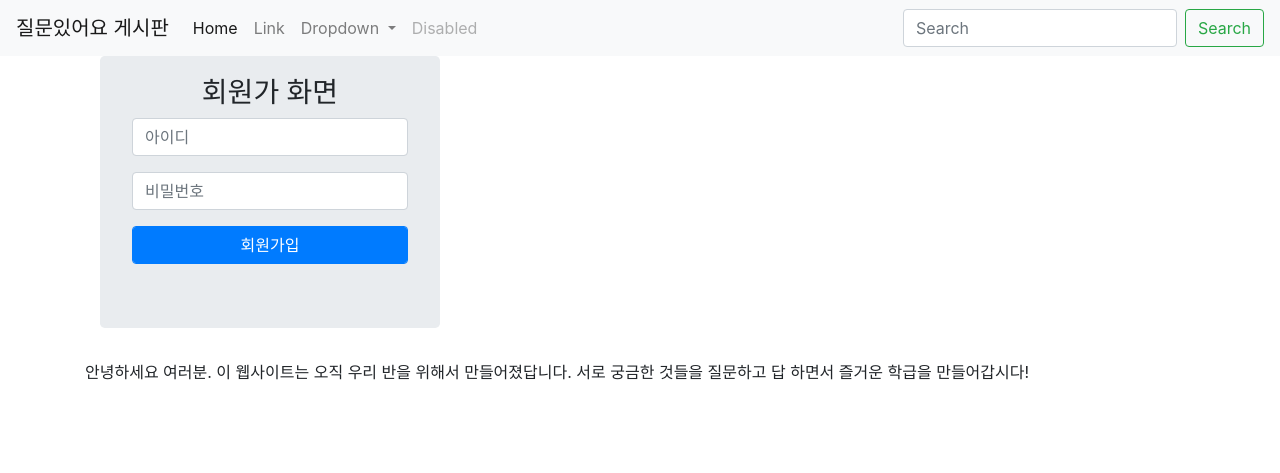
Repository: Munro-L/I-spy-oT__cuHacking-2019
Page: http://localhost/BBS/join.jsp
These files come from the project's save history. The page is drawn as it stood at one moment and after the next save; the edit follows.
The browser window is 1280 px wide. The pictures show the whole page.
The page is served by Tomcat 9.

Above is the page before, as saved 2019-02-01 19:35:57.

After the next save:
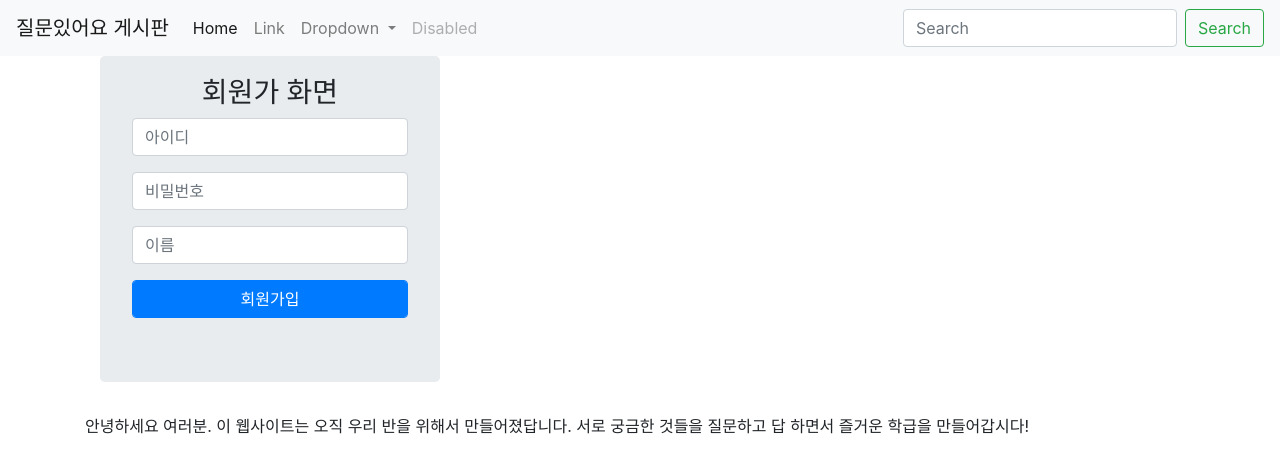
Saved 3 min 39 s later.
--- a/BBS-master/projects/BBS/WebContent/join.jsp
+++ b/BBS-master/projects/BBS/WebContent/join.jsp
@@ -55,7 +55,10 @@
 						<input type="text" class="form-control" placeholder="아이디" name="userID" maxlength="20">
 					</div>
 					<div class="form-group">
-						<input type="text" class="form-control" placeholder="비밀번호" name="userPassword" maxlength="20">
+						<input type="password" class="form-control" placeholder="비밀번호" name="userPassword" maxlength="20">
+					</div>
+					<div class="form-group">
+						<input type="text" class="form-control" placeholder="이름" name="userPassword" maxlength="20">
 					</div>
 					<input type="submit" class="btn btn-primary form-control" value="회원가입">
 				</form>
